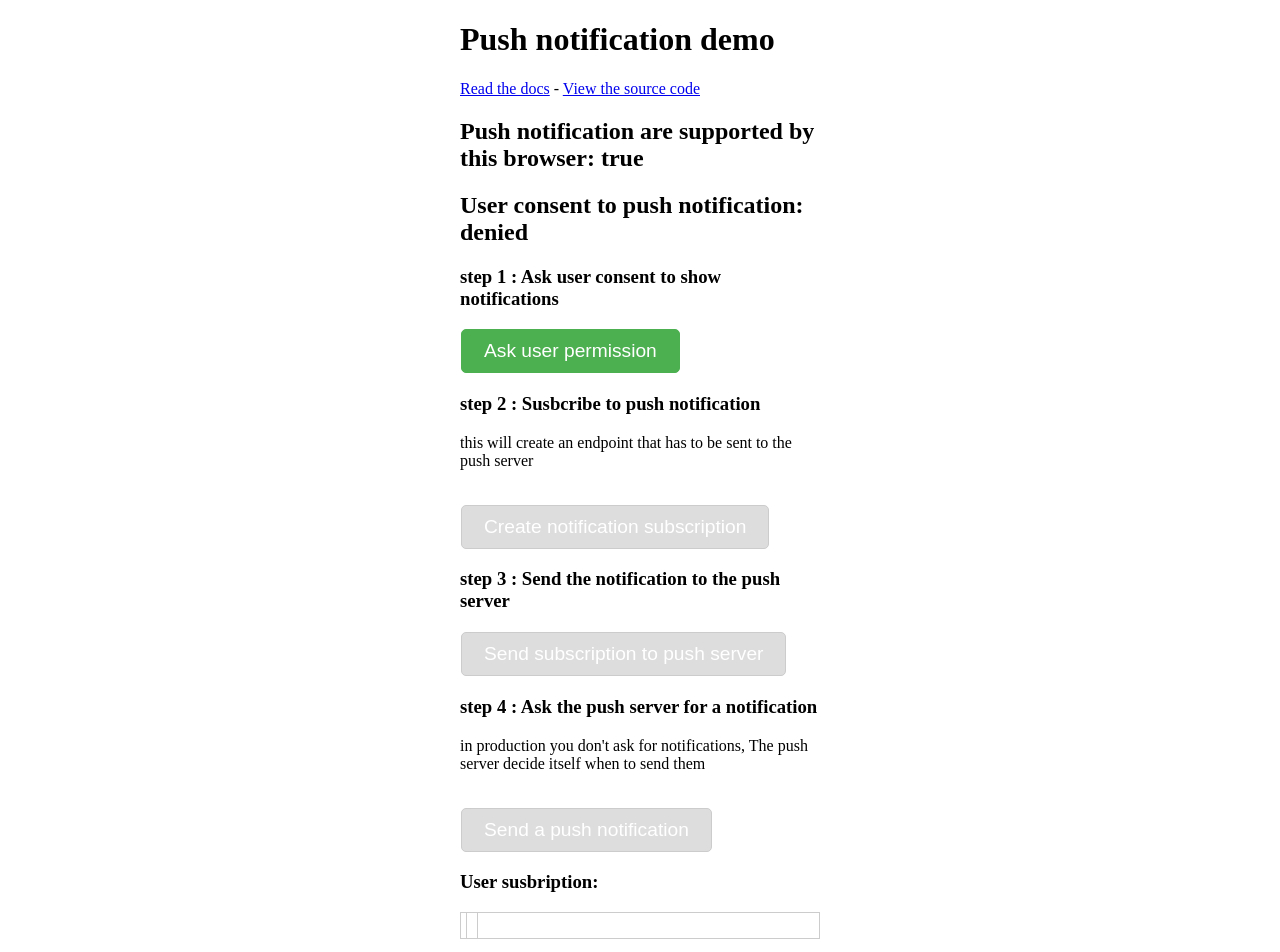
Repository: ss3239891/Push-Notification-demo
Page: / (app in front-end/)
The author's editor kept a copy of each file at every save. The page is drawn from the files as they stood at one save, then again after the next save.
The browser window is 1280 px wide. The pictures show the whole page.
The project was rebuilt for these pictures with package versions that can differ from the ones it lists, and the page was loaded fresh each time.

Above is the page before, as saved 2020-11-02 18:46:26.

After the next save:
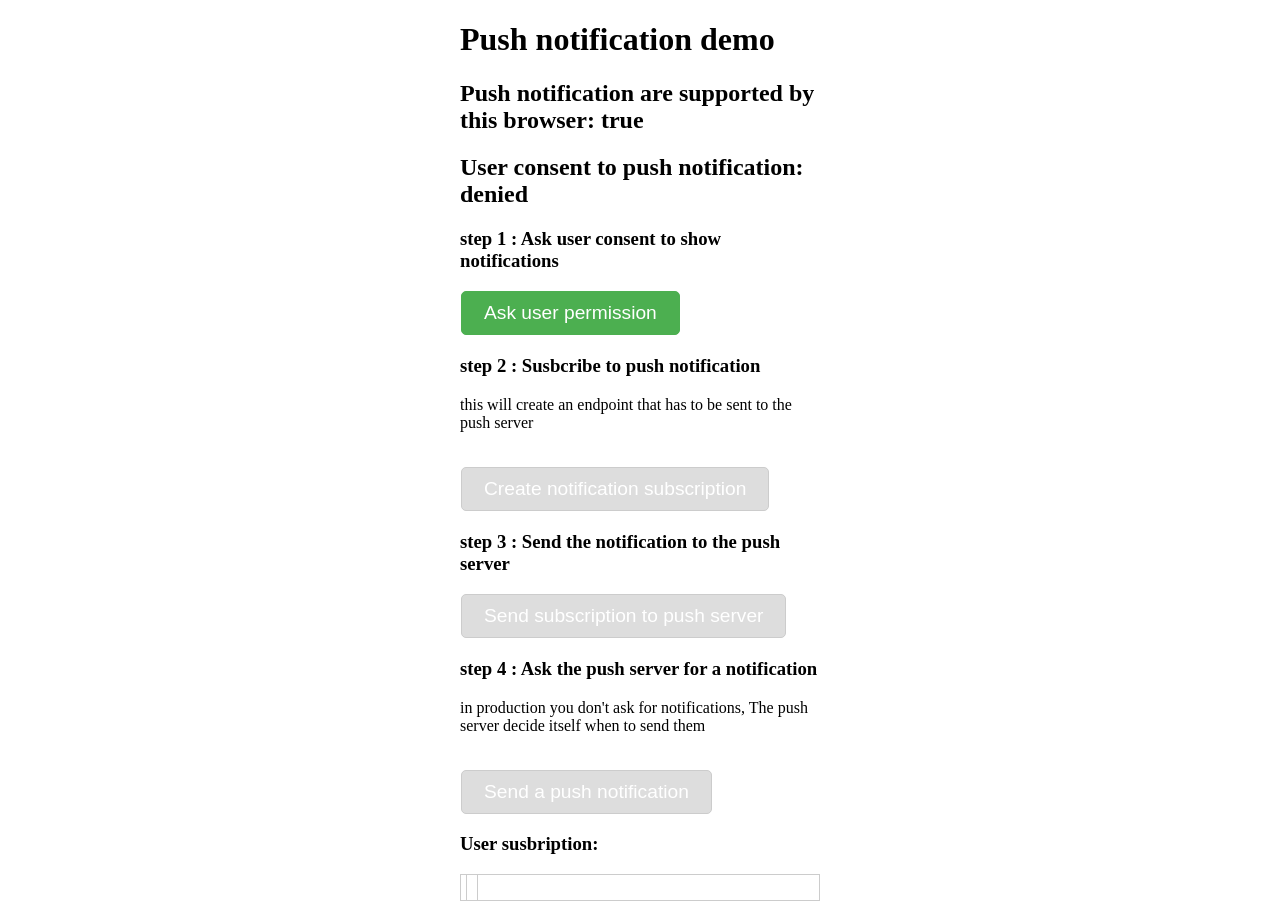
Saved 13 min 39 s later.
--- a/front-end/src/index.html
+++ b/front-end/src/index.html
@@ -31,10 +31,7 @@
   </head>
   <body>
     <h1>Push notification demo</h1>
-    <p>
-      <a href="https://itnext.io/an-introduction-to-web-push-notifications-a701783917ce">Read the docs</a> -
-      <a href="https://github.com/Spyna/push-notification-demo">View the source code</a><br>
-    </p>
+
     <h2>Push notification are supported by this browser: <span id="push-notification-supported"></span></h2>
     <h2>User consent to push notification: <span id="push-notification-consent"></span></h2>
     <div>
